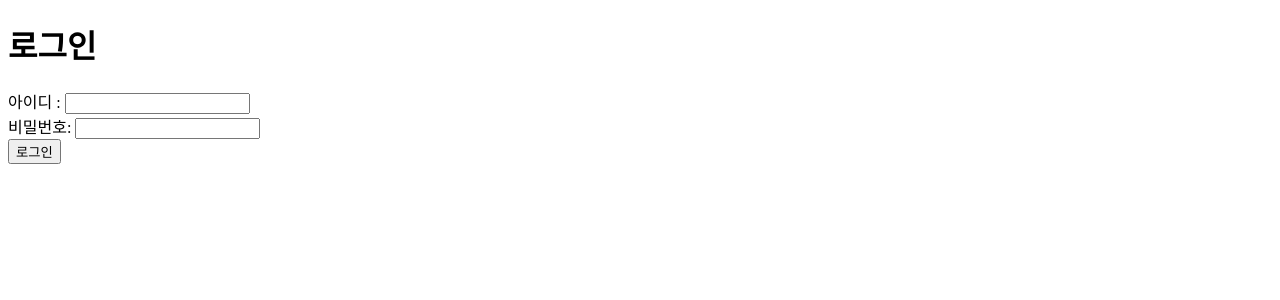
Repository: ReadStar/Jsp_MVC
Page: http://localhost/Test2/login.jsp
These files come from the project's save history. The page is drawn as it stood at one moment and after a run of saves; the edit follows.
The browser window is 1280 px wide. The pictures show the whole page.
The page is served by Tomcat 9. Other server files are loaded and not shown.

Above is the page before, as saved 2020-11-03 01:02:51.

### Test2/WebContent/login.jsp
<%@ page language="java" contentType="text/html; charset=UTF-8"
    pageEncoding="UTF-8"%>
<!DOCTYPE html>
<html>
<head>
<meta charset="UTF-8">
<title>Insert title here</title>
</head>
<body>
<h1>로그인</h1>
<form action="LoginPro.me" method="post">
	아이디 : <input type="text" id="id"><br>
	비밀번호: <input type="password" id="password"><br>
	<input type="submit" value="로그인">
</form>
</body>
</html>

After the next 2 saves:
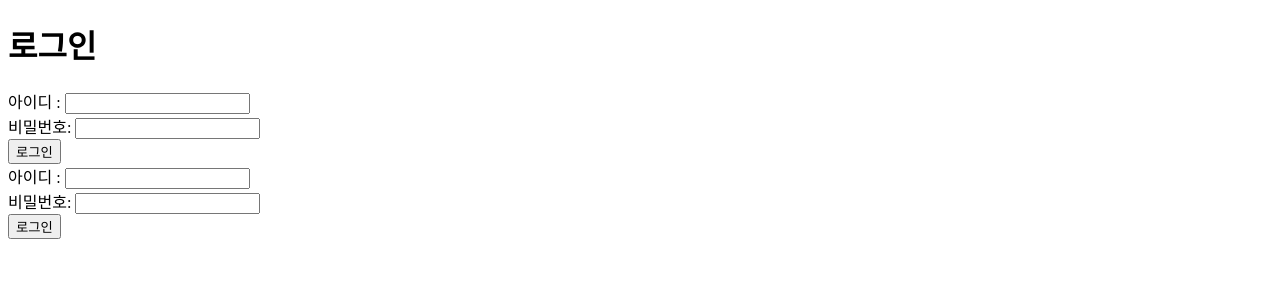
The 2 saves are shown as one change because they came seconds apart.
The last was saved 75 s later.
--- a/Test2/WebContent/login.jsp
+++ b/Test2/WebContent/login.jsp
@@ -13,5 +13,9 @@
 	비밀번호: <input type="password" id="password"><br>
 	<input type="submit" value="로그인">
 </form>
+<form action="LoginPro2.me" method="get">
+	아이디 : <input type="text" id="id"><br>
+	비밀번호: <input type="password" id="password"><br>
+	<input type="submit" value="로그인">
 </body>
 </html>
